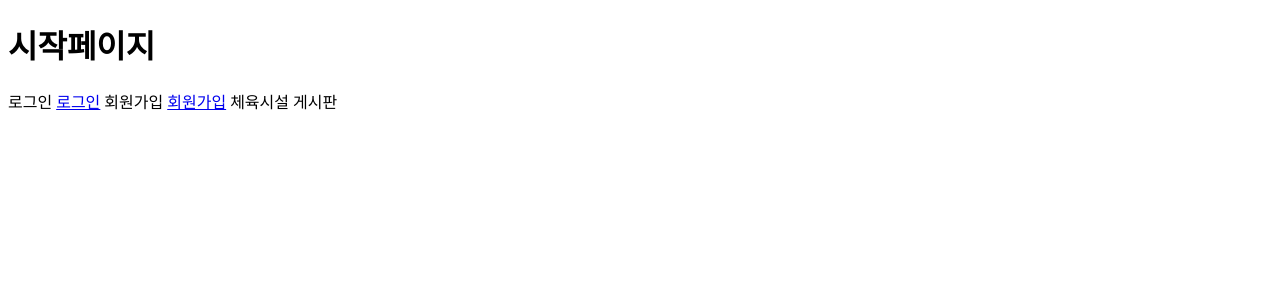
Repository: shinyunseok/portfolio1
Page: portfolio/src/main/resources/static/index.html
The author's editor kept a copy of each file at every save. The page is drawn from the files as they stood at one save, then again after a run of saves.
The browser window is 1280 px wide. The pictures show the whole page.

Above is the page before, as saved 2023-05-24 07:56:43.

After the next 2 saves:
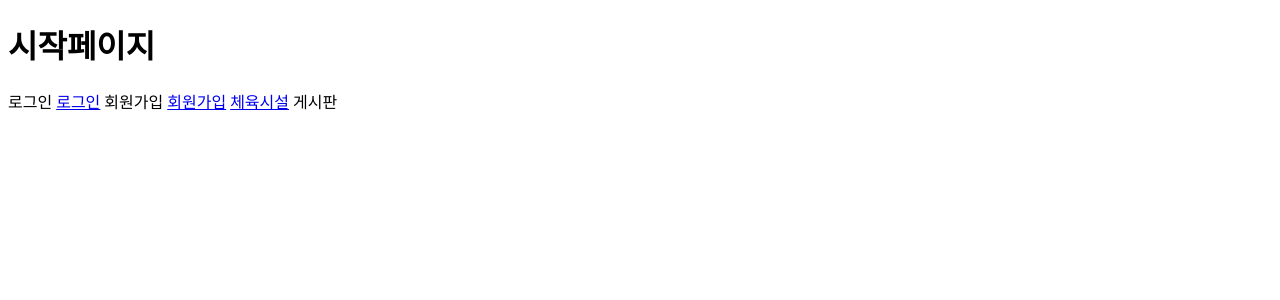
The 2 saves are shown as one change because they came seconds apart.
The last was saved 10 s later.
--- a/portfolio/src/main/resources/static/index.html
+++ b/portfolio/src/main/resources/static/index.html
@@ -9,7 +9,7 @@
 
 	로그인 <a href="login.do">로그인</a>
 	회원가입 <a href="insertUser.do">회원가입</a>
-	<a>체육시설</a>
-	<a>게시판</a>
+	<a href="#">체육시설</a>
+	<a >게시판</a>
 </body>
 </html>
